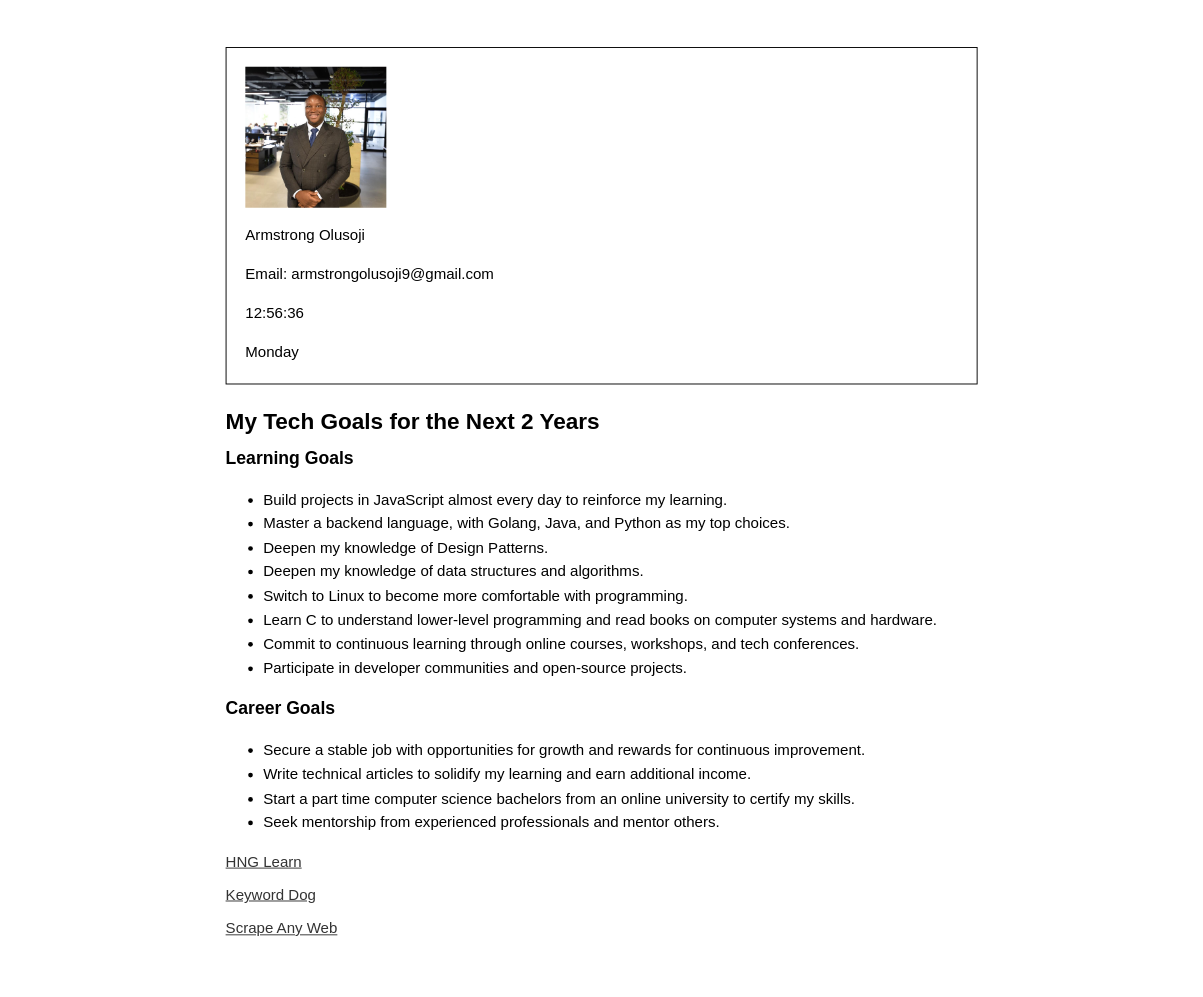
Repository: Armstrong2035/hng-project-one
Page: index.html
An editor plug-in stored every save of this project. The page is shown before and after the next save, followed by the edit.
The browser window is 1280 px wide. The pictures show the whole page, at 94% of full size.

Above is the page before, as saved 2024-07-01 17:00:40.

### index.html
<!DOCTYPE html>
<html>
  <head>
    <meta charset="utf-8" />
    <meta name="viewport" content="width=device-width" />
    <title>Armstrong Olusoji's Goals</title>
    <link href="style.css" rel="stylesheet" type="text/css" />
    <script src="script.js" defer></script>
  </head>
  <body>
    <div id="container">
      <div class="profile-card">
        <div class="profile-picture">
          <img
            src="Headshot.jpg"
            alt="Profile Picture"
            class="headshot"
            data-testid="slackProfilePicture"
          />
        </div>
        <div class="display-information">
          <p data-testid="slackDisplayName">Armstrong Olusoji</p>
          <p data-testid="slackEmail">Email: armstrongolusoji9@gmail.com</p>
          <p data-testid="currentTimeUTC" id="current-time">Loading...</p>
          <p data-testid="currentDay" id="current-day">Loading...</p>
        </div>
      </div>

      <section id="my-goals">
        <h2>My Tech Goals for the Next 2 Years</h2>
        <div class="learning-goals">
          <h3>Learning Goals</h3>
          <ul>
            <li>
              Build projects in JavaScript almost every day to reinforce my
              learning.
            </li>
            <li>
              Master a backend language, with Golang, Java, and Python as my top
              choices.
            </li>
            <li>Deepen my knowledge of Design Patterns.</li>
            <li>Deepen my knowledge of data structures and algorithms.</li>
            <li>
              Switch to Linux to become more comfortable with programming.
            </li>
            <li>
              Learn C to understand lower-level programming and read books on
              computer systems and hardware.
            </li>
            <li>
              Commit to continuous learning through online courses, workshops,
              and tech conferences.
            </li>
            <li>
              Participate in developer communities and open-source projects.
            </li>
          </ul>
        </div>
        <div class="career-goals">
          <h3>Career Goals</h3>
          <ul>
            <li>
              Secure a stable job with opportunities for growth and rewards for
              continuous improvement.
            </li>
            <li>
              Write technical articles to solidify my learning and earn
              additional income.
            </li>
            <li>
              Start a part time computer science bachelors from an online
              university to certify my skills.
            </li>
            <li>
              Seek mentorship from experienced professionals and mentor others.
            </li>
          </ul>
        </div>
      </section>

      <section>
        <a href="https://hng.tech/learn" data-testid="hngLink">HNG Learn</a>
        <a href="https://keyword.dog" data-testid="keywordLink">Keyword Dog</a>
        <a href="https://scrapeanyweb.site" data-testid="scrapeanywebLink"
          >Scrape Any Web</a
        >
      </section>
    </div>
  </body>
</html>

### style.css
body {
  font-family: Arial, sans-serif;
  line-height: 1.6;
  margin: 0;
  padding: 0;
}

#container {
  max-width: 800px;
  margin: 0 auto;
  padding: 50px;
}

.profile-card {
  margin-bottom: 20px;
  display: flex;
  flex-direction: column;
  align-items: flex-start;
  border: 1px solid black;
  padding: 20px 20px;
}

.profile-picture {
  height: 150px;
  width: 150px;

  align-self: flex-start;
}

.profile-picture .headshot {
  height: 100%;
  width: 100%;
  object-fit: cover;
}

.display-information p {
  margin-bottom: 1px;
}

h2,
h3 {
  margin: 5px 0;
}

a {
  display: block;
  margin: 10px 0;
  color: #333;
}

a:hover {
  text-decoration: underline;
}

### script.js
function updateTime() {
  const now = new Date();
  const utcTime = now.toISOString().slice(11, 19);
  const day = now.toLocaleDateString("en-US", { weekday: "long" });
  document.getElementById("current-time").textContent = ` ${utcTime}`;
  document.getElementById("current-day").textContent = ` ${day}`;
}

setInterval(updateTime, 1000);
updateTime();

After the next save:
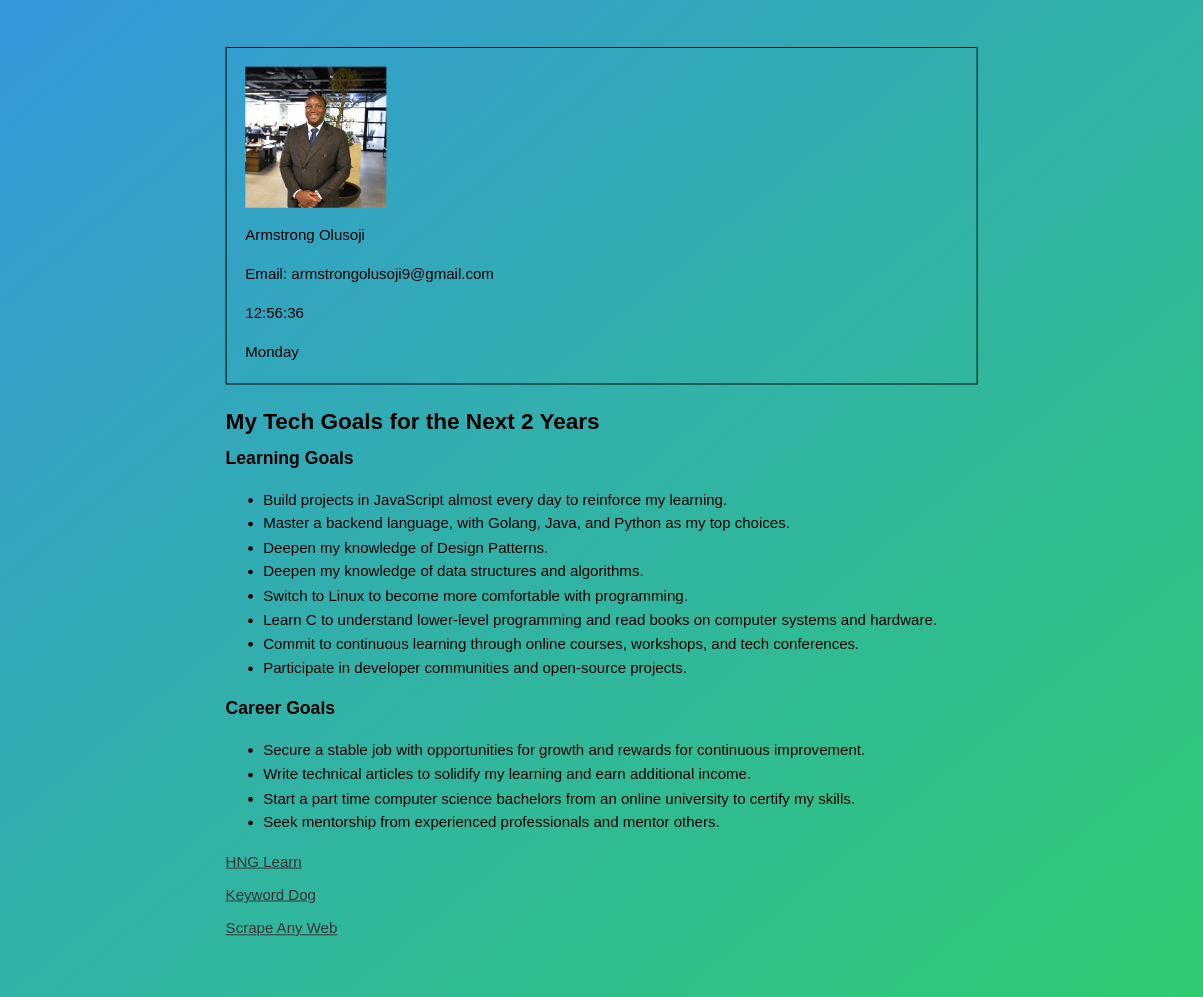
Saved 2 min 49 s later.
--- a/style.css
+++ b/style.css
@@ -3,6 +3,7 @@ body {
   line-height: 1.6;
   margin: 0;
   padding: 0;
+  background: linear-gradient(to bottom right, #3498db, #2ecc71);
 }
 
 #container {
